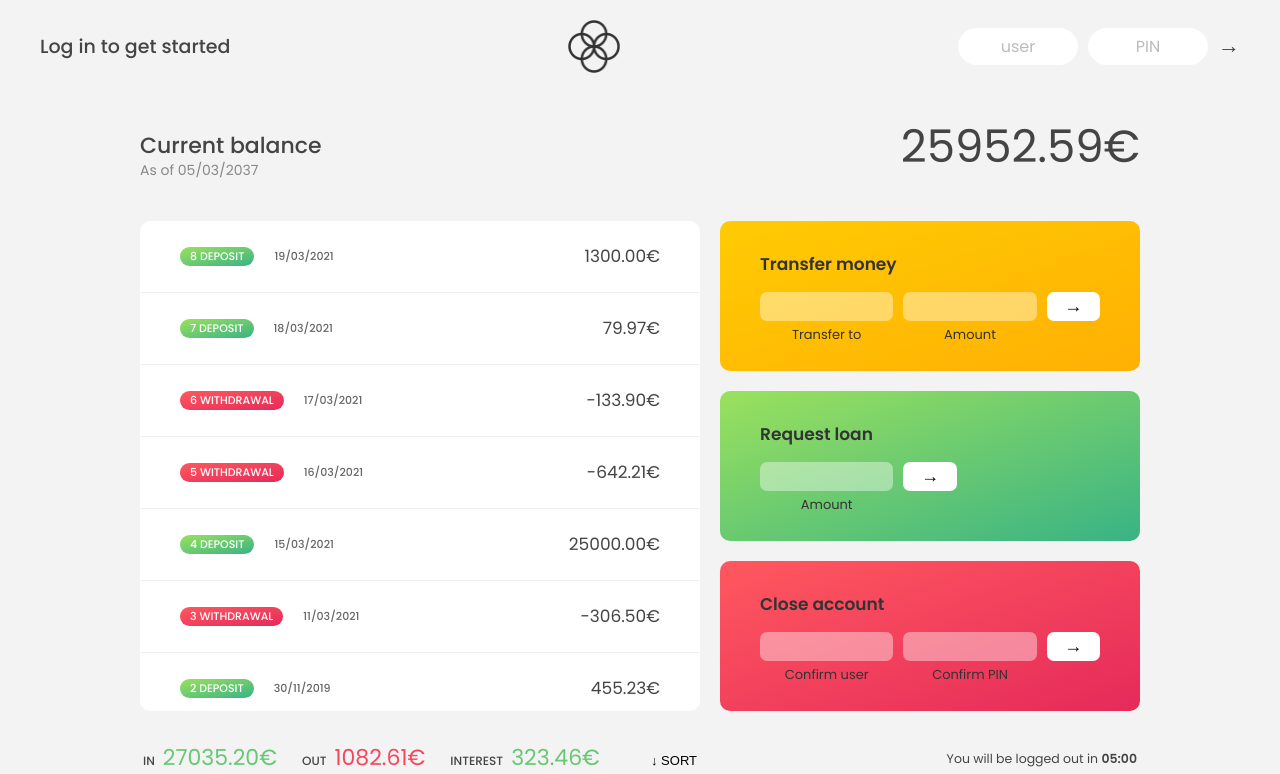
Repository: Samkiroko/Dateas-Number-Timers
Page: starter/index.html
The author's editor kept a copy of each file at every save. The page is drawn from the files as they stood at one save, then again after the next save.
The browser window is 1280 px wide. The pictures show the whole page.
An inner scrolling area shows only its first screen.

Above is the page before, as saved 2021-03-20 17:24:34.

After the next save:
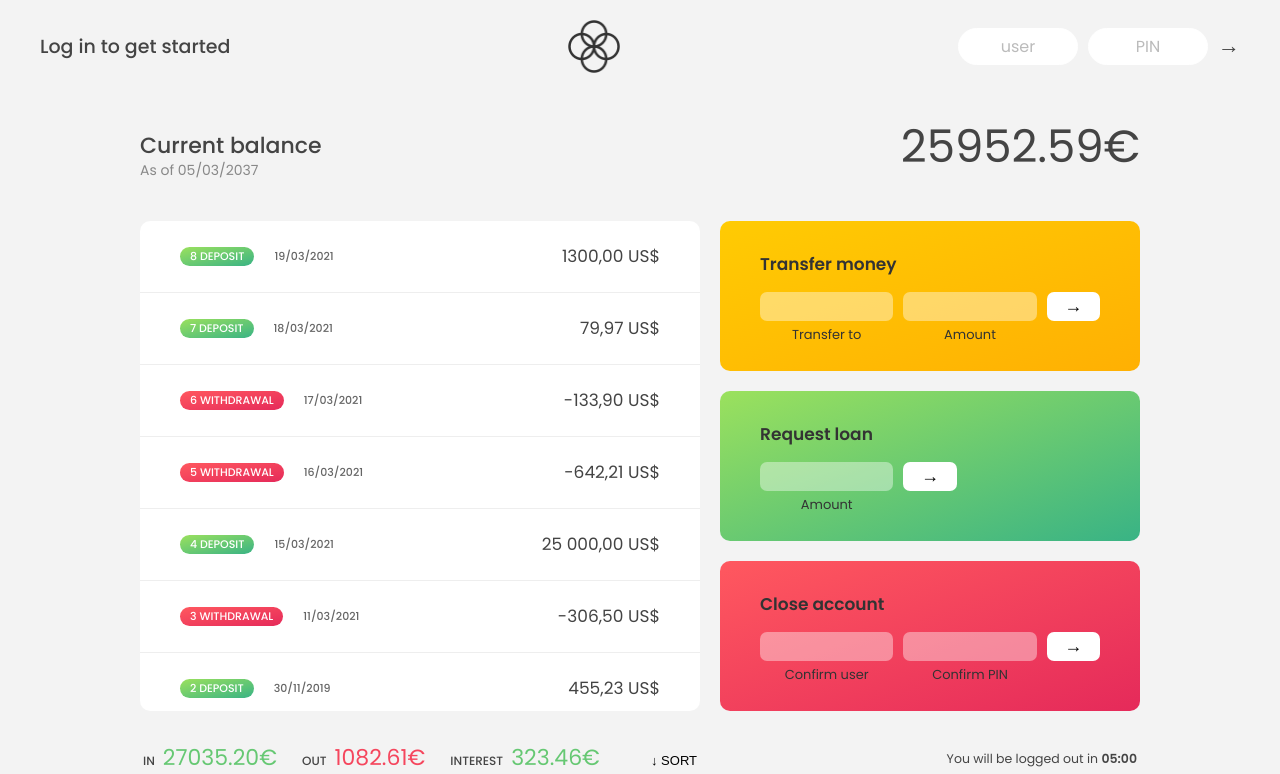
Saved 44 s later.
--- a/starter/script.js
+++ b/starter/script.js
@@ -122,7 +122,7 @@
       i + 1
     } ${type}</div>
      <div class="movements__date">${displayDate}</div>
-        <div class="movements__value">${mov.toFixed(2)}€</div>
+        <div class="movements__value">${formattedMov}</div>
       </div>
     `;
 
